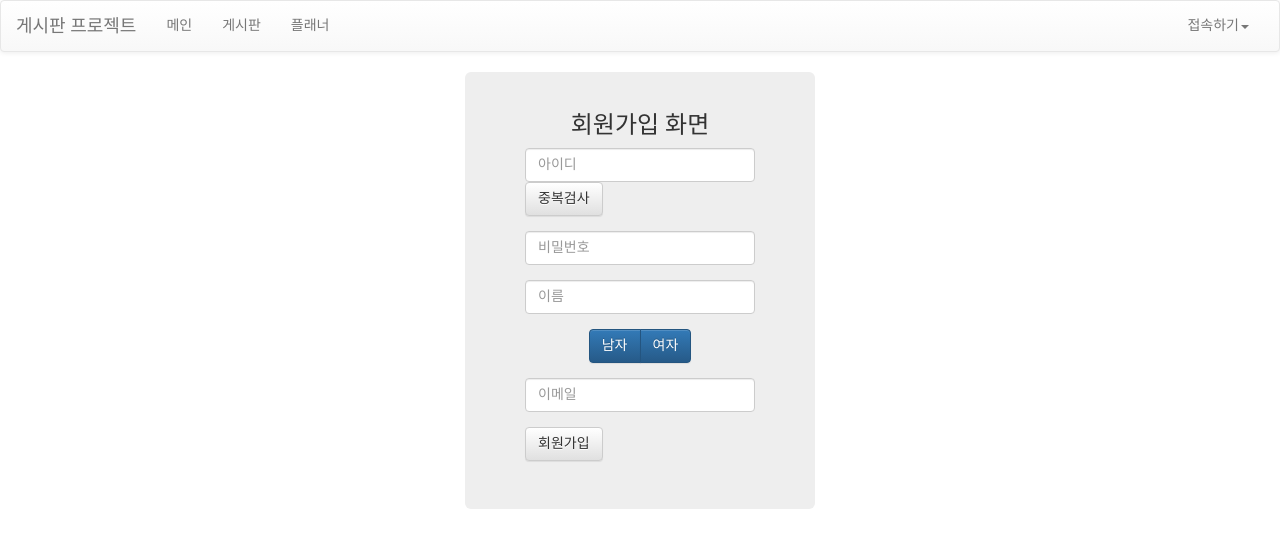
Repository: Seok7975/JSP-Education
Page: http://localhost/ToDoList공유_게시판_ver3/join.jsp
The author's editor kept a copy of each file at every save. The page is drawn from the files as they stood at one save, then again after the next save.
The browser window is 1280 px wide. The pictures show the whole page.
Some web fonts or font styles are not loaded; a fallback is used. Some web libraries are served in a nearby version. The page is served by Tomcat 9.

Above is the page before, as saved 2024-06-20 09:00:47.

After the next save:
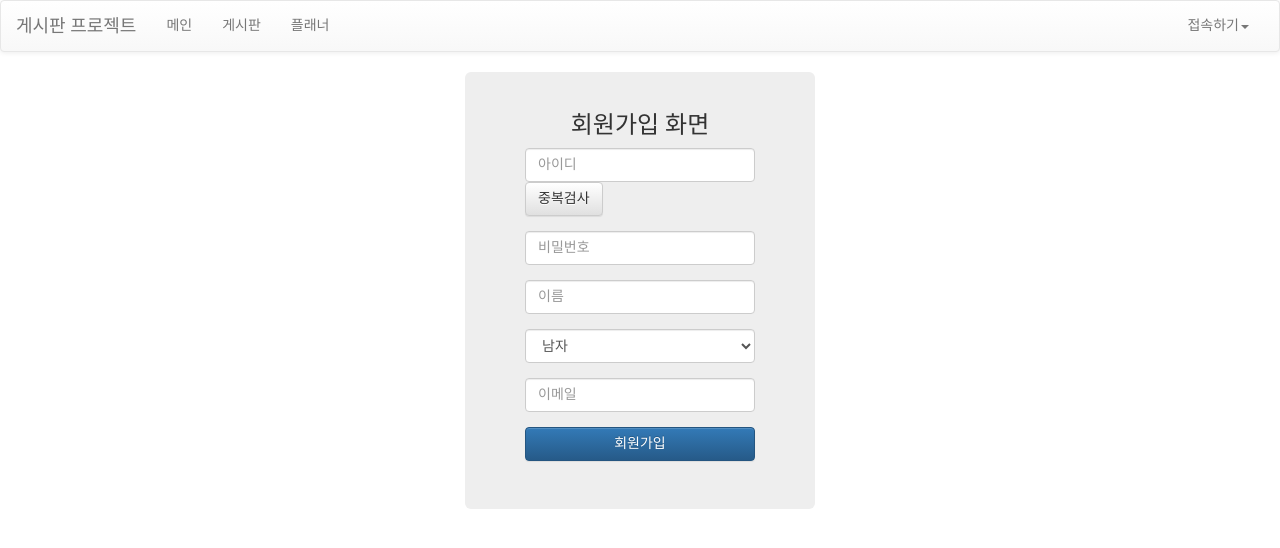
Saved 6 min 28 s later.
--- a/List_Projects_ver3/ToDoList공유 게시판_ver3/src/main/webapp/join.jsp
+++ b/List_Projects_ver3/ToDoList공유 게시판_ver3/src/main/webapp/join.jsp
@@ -61,52 +61,40 @@
                 <form method="post" action="joinAction.jsp" onsubmit="return checkForm()">
                     <h3 style="text-align: center;">회원가입 화면</h3>
                     <div class="form-group">
-                        <input type="text" class="form-control" placeholder="아이디" id="userId" name="userId" value="<%= userId != null ? userId : "" %>" required maxlength="20">
-                        <button type="button" class="btn btn-default" onclick="checkUserId()">중복검사</button>
-                    </div>
-                    <div id="idCheckResult" class="form-group"><%= idCheckResult != null ? idCheckResult : "" %></div>
-                    <div class="form-group">
-                        <input type="password" class="form-control" placeholder="비밀번호" id="password" name="password" value="<%= password != null ? password : "" %>" required maxlength="20">
+                        <input type="text" class="form-control" placeholder="아이디" id="userId" name="userId" value="<%= userId != null ? userId : "" %>">
+                        <button type="button" class="btn btn-default" onclick="checkId()">중복검사</button>
+                        <span id="idCheckResult" style="margin-left: 10px; color: red;"><%= idCheckResult != null ? idCheckResult : "" %></span>
                     </div>
                     <div class="form-group">
-                        <input type="text" class="form-control" placeholder="이름" id="name" name="name" value="<%= name != null ? name : "" %>" required maxlength="20">
-                    </div>
-                    <div class="form-group" style="text-align: center;">
-                        <div class="btn-group" data-toggle="buttons">
-                            <label class="btn btn-primary <%= "남자".equals(gender) ? "active" : "" %>">
-                                <input type="radio" name="gender" id="male" value="남자" autocomplete="off" <%= "남자".equals(gender) ? "checked" : "" %> required> 남자
-                            </label>
-                            <label class="btn btn-primary <%= "여자".equals(gender) ? "active" : "" %>">
-                                <input type="radio" name="gender" id="female" value="여자" autocomplete="off" <%= "여자".equals(gender) ? "checked" : "" %> required> 여자
-                            </label>
-                        </div>
+                        <input type="password" class="form-control" placeholder="비밀번호" name="password" value="<%= password != null ? password : "" %>">
                     </div>
                     <div class="form-group">
-                        <input type="email" class="form-control" placeholder="이메일" id="email" name="email" value="<%= email != null ? email : "" %>" required maxlength="50">
+                        <input type="text" class="form-control" placeholder="이름" name="name" value="<%= name != null ? name : "" %>">
                     </div>
-                    <button type="submit" class="btn btn-default">회원가입</button>
+                    <div class="form-group">
+                        <select class="form-control" name="gender">
+                            <option value="남자" <%= "남자".equals(gender) ? "selected" : "" %>>남자</option>
+                            <option value="여자" <%= "여자".equals(gender) ? "selected" : "" %>>여자</option>
+                        </select>
+                    </div>
+                    <div class="form-group">
+                        <input type="text" class="form-control" placeholder="이메일" name="email" value="<%= email != null ? email : "" %>">
+                    </div>
+                    <button type="submit" class="btn btn-primary btn-block">회원가입</button>
                 </form>
             </div>
         </div>
         <div class="col-lg-4"></div>
     </div>
     <script>
-        function checkUserId() {
+        function checkId() {
             var userId = document.getElementById("userId").value;
             if (userId === "") {
-                alert("아이디를 입력하세요.");
+                alert("아이디를 입력해주세요.");
                 return;
             }
-            window.location.href = "checkId.jsp?userId=" + userId;
-        }
-
-        function checkForm() {
-            var idCheckResult = document.getElementById("idCheckResult").innerText;
-            if (idCheckResult !== "사용 가능한 아이디입니다.") {
-                alert("아이디 중복검사를 해주세요.");
-                return false;
-            }
-            return true;
+            var url = "checkId.jsp?userId=" + encodeURIComponent(userId);
+            window.open(url, "checkId", "width=300,height=200");
         }
     </script>
 </body>
